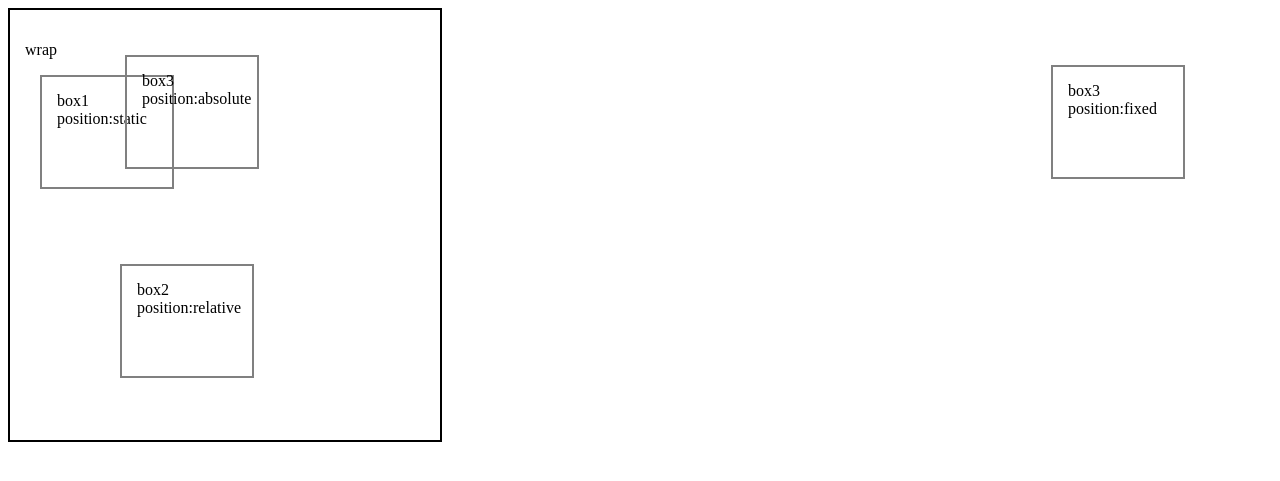
Repository: yeonddu/green_css
Page: web/pro01/songyeonsu/layout2.html
The author's editor kept a copy of each file at every save. The page is drawn from the files as they stood at one save, then again after the next save.
The browser window is 1280 px wide. The pictures show the whole page.

Above is the page before, as saved 2022-12-13 08:14:23.

After the next save:
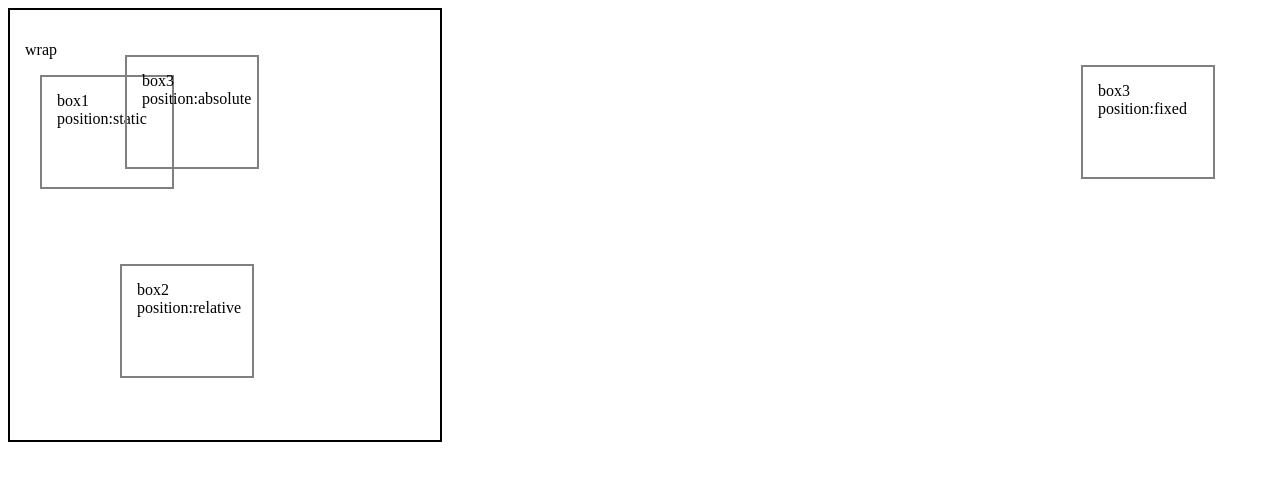
Saved 5 s later.
--- a/web/pro01/songyeonsu/layout2.html
+++ b/web/pro01/songyeonsu/layout2.html
@@ -37,7 +37,7 @@
 	.box4 {
 		position:fixed;
 		top:50px;
-		right:80px;
+		right:50px;
 	}
 </style>
 </head>
